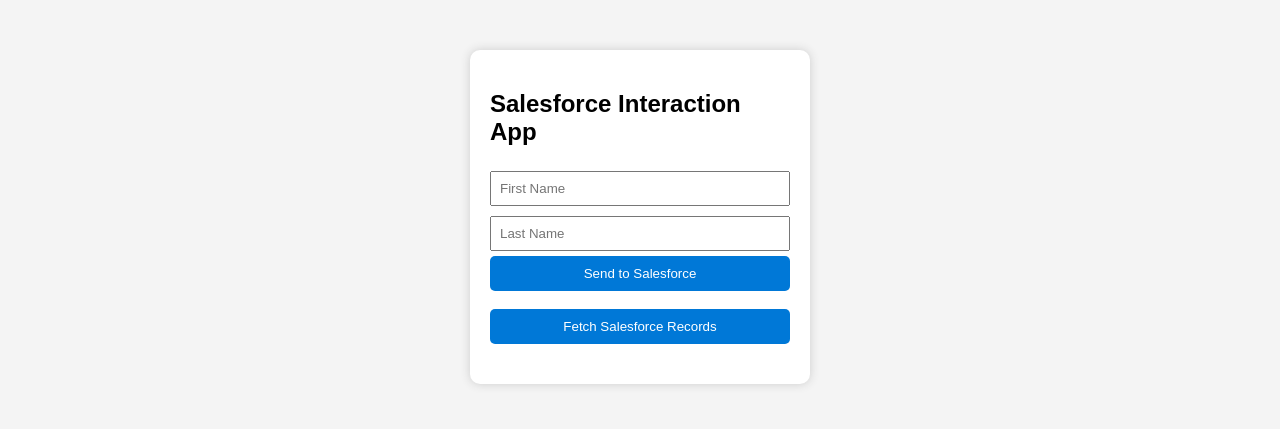
Repository: PamodaW/SalesforceSync
Page: Client/index.html
An editor plug-in stored every save of this project. The page is shown before and after the next save, followed by the edit.
The browser window is 1280 px wide. The pictures show the whole page.

Above is the page before, as saved 2024-11-20 14:38:10.

After the next save:
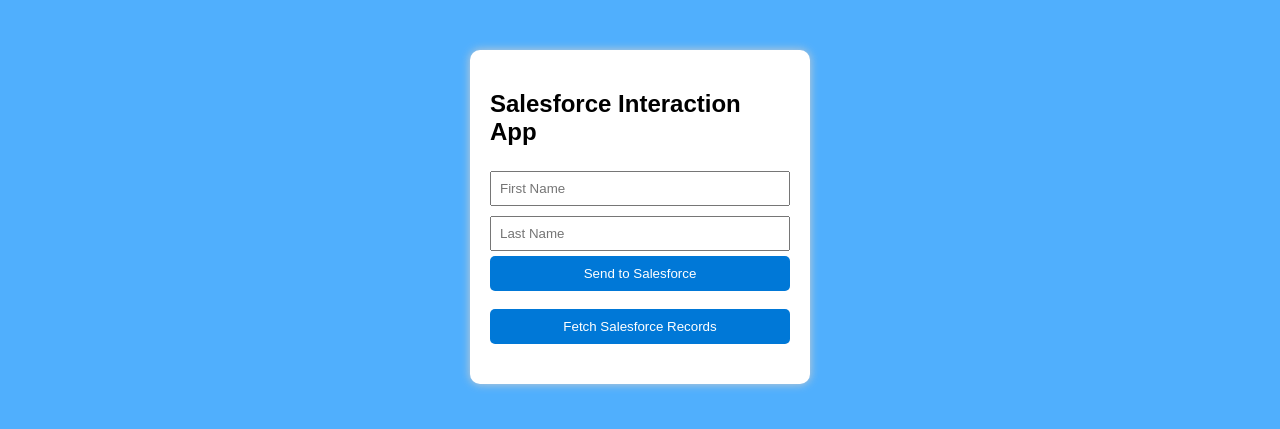
Saved 86 s later.
--- a/Client/style.css
+++ b/Client/style.css
@@ -1,6 +1,6 @@
 body {
     font-family: Arial, sans-serif;
-    background-color: #f4f4f4;
+    background-color: #50affd;
 }
 
 .container {
